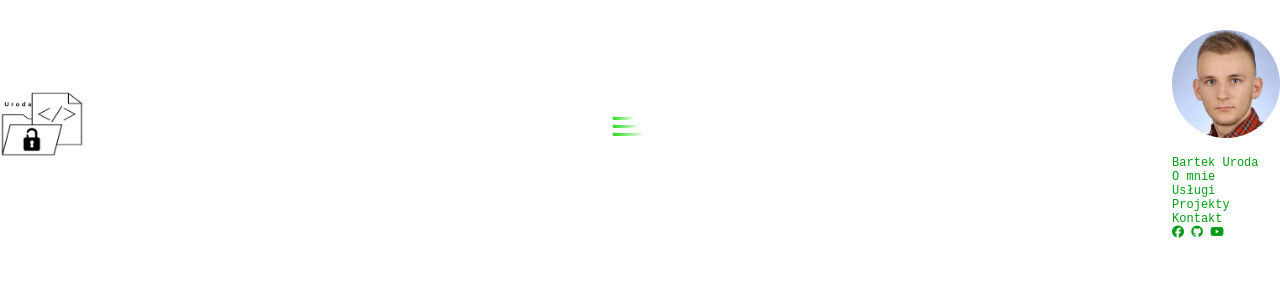
Repository: BartekUroda/portfolio
Page: index.html
An editor plug-in stored every save of this project. The page is shown before and after the next save, followed by the edit.
The browser window is 1280 px wide. The pictures show the whole page.
Some web fonts or font styles are not loaded; a fallback is used. Some web libraries are served in a nearby version.

Above is the page before, as saved 2020-10-26 21:17:39.

### index.html
<!DOCTYPE html>
<html lang="en">
<head>
    <meta charset="UTF-8">
    <meta name="viewport" content="width=device-width, initial-scale=1.0">
    <title>Portfolio-Bartek Uroda</title>
    <link rel="stylesheet" type="text/css" href="css/style.css">
    <script src="js/script.js"></script>
    <link href="https://fonts.googleapis.com/css2?family=Poppins&sfamily=Share+Tech+Mono&display=swap" rel="stylesheet">
    <script src="https://kit.fontawesome.com/056e5c10dc.js" crossorigin="anonymous"></script>
    <link rel="shortcut icon" type="image/x-icon" href="images/favicon.ico" />
</head>
 <body>
    <header>
        <div class="container">
            <nav>
                <div class="nav-brand">
                    <a href="index.html">
                        <img src="images/logo.png" alt="Uroda">
                    </a>
                </div>
                <div class="burger-menu-icon">
                    <div class="line1"></div>
                    <div class="line2"></div>
                    <div class="line3"></div>
                </div>
                <ul class="nav-list">
                    <li class="nav-item">
                      <a href="#landing-page">
                        <img
                          src="images/profile.jpeg"
                          alt="Bartek Uroda"
                          class="profile-pic nav-link"
                        >
                        <span class="caption nav-link">Bartek Uroda</span>
                      </a>
                    </li>
                    <li class="nav-item">
                      <a href="#about" class="nav-link">O mnie</a>
                    </li>
                    <li class="nav-item">
                      <a href="#services" class="nav-link">Usługi</a>
                    </li>
                    <li class="nav-item">
                      <a href="#projects" class="nav-link">Projekty</a>
                    </li>
                    <li class="nav-item">
                      <a href="#contact" class="nav-link">Kontakt</a>
                    </li>
                    <li class="nav-item">
                      <a href="https://www.facebook.com/bartlomiej.uroda.3" target="_blank" class="nav-link">
                        <i class="fab fa-facebook"></i>
                      </a>
                      <a href="https://github.com/Urodii" target="_blank" class="nav-link">
                        <i class="fab fa-github"></i>
                      </a>
                      <a href="https://www.youtube.com/channel/UCzT1h5RNvmbtrmKT5hPjyAg?view_as=subscriber" target="_blank" class="nav-link">
                        <i class="fab fa-youtube"></i>
                      </a>
                    </li>
                  </ul>
            </nav>
        </div>
    </header>
 </body>
</html>

### css/style.css
/* ----------GLOBAL STYLES---------- */
*,
*::before,
*::after {
  margin: 0;
  padding: 0;
  box-sizing: inherit;
}
html {
    font-family: "Share Tech Mono", monospace;
    font-size: 12px;
    box-sizing: border-box;
    scroll-behavior: smooth;
    color: #e7e7e7;
    background: rgba(89, 107, 96, 0);
}

a {
    text-decoration: none;
    color: rgb(3, 155, 23);
}

a:hover {
    color: rgba(249, 105, 14, 1);
}

ul {
    list-style: none;
}

p {
    font-size: 1.4rem;
}

img {
    width: 100%;
    max-width: 100%;
    height: auto;
}
/* ----------HEADER---------- */
header {
    width: 100%;
    height: 5rem;
    position: absolute;
    top: 0;
    left: 0;
    z-index: 1;
}
.contenier {
    width: 100%;
    max-width: 90rem;
    margin: 0 auto;
    padding: 0 1.5rem;
}
.nav-brand {
    width: 7rem;
}
nav {
    width: 100%;
    display: flex;
    align-items: center;
    justify-content: space-between;
    padding: 1rem 0;
    border-bottom: 2px solid rgba(255, 255, 255, .2);
}
.line1 {
    width: 20px;
    height: 3px;
    margin: 5px 0;
    background: linear-gradient(
      135deg,
      rgb(27, 218, 10) 0%,
      rgb(255, 255, 255) 100%
    );
}
.line2 {
    width: 25px;
    height: 3px;
    background: linear-gradient(
      135deg,
      rgb(27, 218, 10) 0%,
      rgb(255, 255, 255) 100%
    );
}
.line3 {
    width: 30px;
    height: 3px;
    margin: 5px 0;
    background: linear-gradient(
      135deg,
      rgb(27, 218, 10) 0%,
      rgb(255, 255, 255) 100%
    );
}
.burger-menu-icon {
    cursor: pointer;
    z-index: 999;
}
.profile-pic {
    height: 9rem;
    width: auto;
    border-radius: 50%;
    display: block;
    margin: 1.5rem 0;
}

Loaded but not shown: js/script.js (no stored copy; drawn as an empty file)

After the next save:
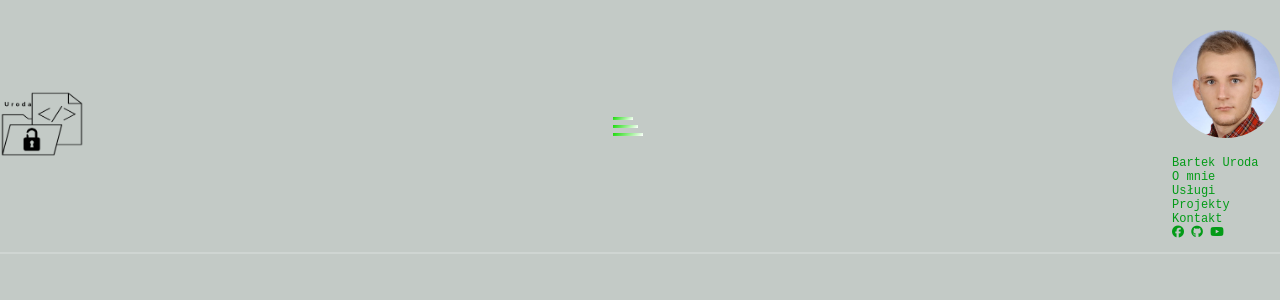
Saved 9 s later.
--- a/css/style.css
+++ b/css/style.css
@@ -12,7 +12,7 @@ html {
     box-sizing: border-box;
     scroll-behavior: smooth;
     color: #e7e7e7;
-    background: rgba(89, 107, 96, 0);
+    background: rgba(89, 107, 96, 0.356);
 }
 
 a {
